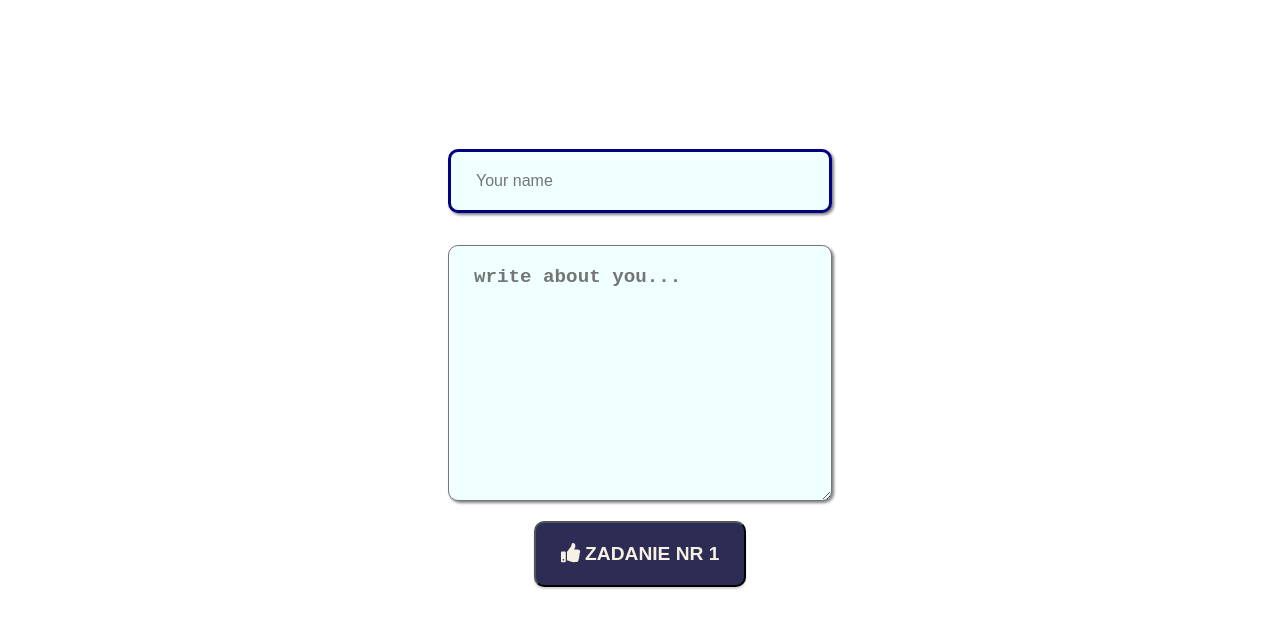
Repository: KrzysKolo/sr_tydzien3_zad_1_2_3
Page: /
These files come from the project's save history. The page is drawn as it stood at one moment and after the next save; the edit follows.
The browser window is 1280 px wide. The pictures show the whole page.
The project was rebuilt for these pictures with package versions that can differ from the ones it lists, and the page was loaded fresh each time.

Above is the page before, as saved 2020-11-02 17:56:33.

### src/App.js
import React,  { Component } from 'react';
import { Button, Input, Textarea } from './components/Form'
import { faThumbsUp } from "@fortawesome/free-solid-svg-icons";
import './App.css';

class App extends Component {
  state = {  }

  render() {

    return (
      <div className="app">
        <Input bgColor="azure" color="navy" borderSize="3px" borderRadius="10px" borderColor="navy" placeholder="Your name" />
        <Textarea bgColor="azure" color="grey porcelain" borderSize="3px" borderRadius="10px" borderColor="grey porcelain" placeholder="write about you..." />
        <Button  bgColor="lucky point" color="swan white" label="Zadanie nr 1" icon={faThumbsUp}/>
      </div>
     );
  }
}

export default App;

### src/components/Form/index.js
export { default as Button} from "./Button";
export { default as Input} from "./Input";
export { default as Textarea} from "./Textarea";

### src/App.css
* {
  padding: 0;
  margin: 0;
  box-sizing: border-box;
}
.app {
  display: flex;
  flex-direction: column;
  justify-content: center;
  align-items: center;
  height: 100vh;
}

### src/components/Form/Button.js
import React from 'react';
import styled from 'styled-components';
import ColorPalet from './../Colors/ColorPalet'
import { FontAwesomeIcon } from '@fortawesome/react-fontawesome';
import { faAngellist } from '@fortawesome/free-brands-svg-icons';

const Button = ({label, color, bgColor, icon}) => {
    const Button = styled.button`
    background-color: ${ColorPalet[bgColor.toLowerCase()]};
    border-radius: 10px;
    box-shadow: 0px 2px 2px lightgray;
    color: ${ColorPalet[color.toLowerCase()]};
    cursor: pointer;
    font-weight: bold;
    font-size: 1.2rem;
    outline: 0;
    padding: 20px 25px;
    text-transform: uppercase;
    transition: ease background-color, color 0.6s;
    &:hover {
        background-color: ${ColorPalet[color.toLowerCase()]};
        color: ${ColorPalet[bgColor.toLowerCase()]};
    }
    `;
    return (

        <div>
            <Button >
                <FontAwesomeIcon icon={icon} /> {label}
            </Button>
        </div>
     );
}
Button.defaultProps = {
    bgColor: ColorPalet["grey porcelain"],
    color: ColorPalet["crocodile tooth"],
    label: "Click me",
    icon: faAngellist,
}

export default Button;

### src/components/Form/Input.js
import React from 'react';
import styled from 'styled-components';


const Input = ({placeholder, color, bgColor, borderSize, borderRadius, borderColor}) => {
    const Input = styled.input`
    background-color: ${bgColor};
    border-radius: ${borderRadius};
    border: ${borderSize} solid ${borderColor};;
    box-shadow: 2px 2px 3px grey;
    color: ${color};
    font-size: 1rem;
    height: 5vw;
    margin: 1rem auto;
    outline: 0;
    padding: 20px 25px;
    width: 30vw;
    `;
    return (

        <div>
            <Input placeholder={ placeholder }/>
        </div>
     );
}
Input.defaultProps = {
    bgColor: "beige",
    border: "3px solid olive",
    borderRadius: "15px",
    color: "midnightblue",
    placeholder: "write...",
    }

export default Input;

### src/components/Form/Textarea.js
import React from 'react';
import styled from 'styled-components';
import ColorPalet from './../Colors/ColorPalet';


const Textarea = ({placeholder, color, bgColor, borderSize, borderRadius, borderColor}) => {
    const Textarea = styled.textarea`
    background-color: ${bgColor};
    border-radius: ${borderRadius};
    border: ${borderSize} solid ${borderColor};;
    box-shadow: 2px 2px 3px grey;
    color: ${color};
    font-weight: bold;
    font-size: 1.2rem;
    height: 20vw;
    margin: 1rem auto;
    outline: 0;
    padding: 20px 25px;
    width: 30vw;
    `;
    return (

        <div>
            <Textarea placeholder={ placeholder }/>
        </div>
     );
}
Textarea.defaultProps = {
    bgColor: "beige",
    border: "3px solid olive",
    borderRadius: "15px",
    color: "midnightblue",
    placeholder: "write...",
    }

export default Textarea;

### src/components/Colors/ColorPalet.js

const ColorPalet = {
    "jackson purple": "#40407a",
    "lucky point": "#2c2c54",
    "fluorescent red": "#ff5252",
    "eye of newt": "#b33939",
    "c64 purple": "#706fd3",
    liberty: "#474787",
    "synthetic pumpkin": "#ff793f",
    "chilean fire": "#cd6133",
    "swan white": "#f7f1e3",
    "hot stone": "#aaa69d",
    "crocodile tooth": "#d1ccc0",
    "grey porcelain": "#84817a",
    "summer sky": "#34ace0",
    "devil blue": "#227093",
    "mandarin sorbet": "#ffb142",
    "alamedia ochre": "#cc8e35",
    "celestial green": "#33d9b2",
    "palm springs aplash": "#218c74",
    "spiced butternut": "#218c74",
    desert: "#ccae62",

  };

  export default ColorPalet;

Loaded but not shown: public/index.html (common file); src/index.js (common file); src/index.css (common file)

After the next save:
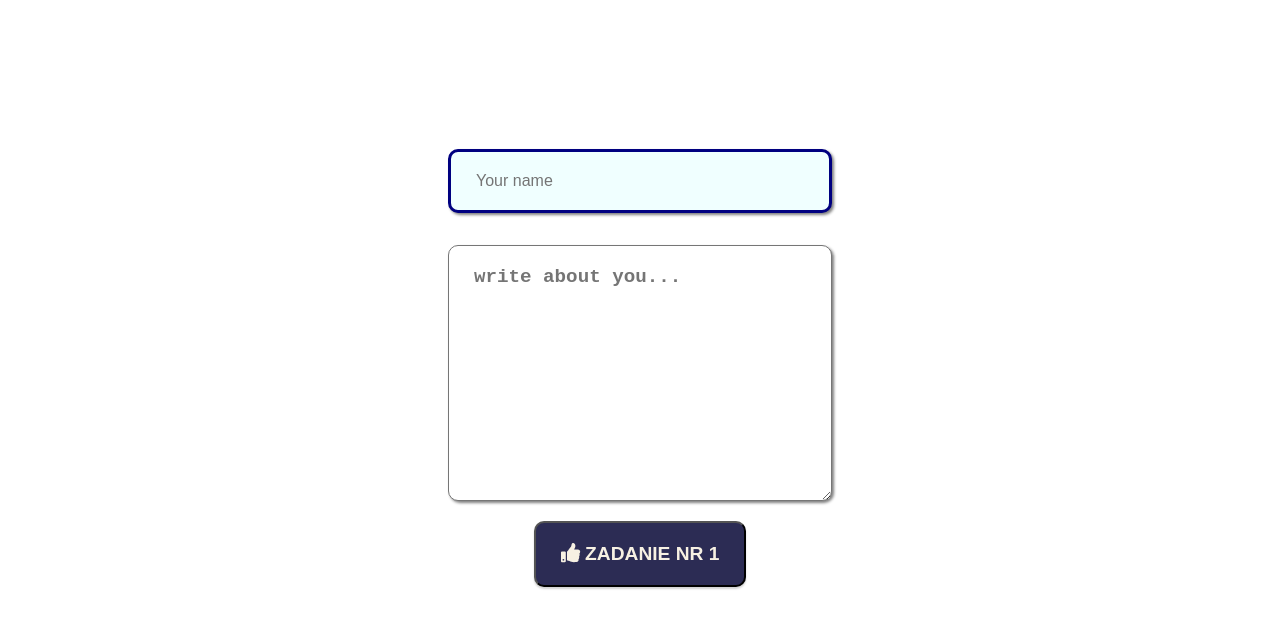
Saved 37 s later.
--- a/src/App.js
+++ b/src/App.js
@@ -11,7 +11,7 @@ class App extends Component {
     return (
       <div className="app">
         <Input bgColor="azure" color="navy" borderSize="3px" borderRadius="10px" borderColor="navy" placeholder="Your name" />
-        <Textarea bgColor="azure" color="grey porcelain" borderSize="3px" borderRadius="10px" borderColor="grey porcelain" placeholder="write about you..." />
+        <Textarea bgColor="swan white" color="grey porcelain" borderSize="3px" borderRadius="10px" borderColor="grey porcelain" placeholder="write about you..." />
         <Button  bgColor="lucky point" color="swan white" label="Zadanie nr 1" icon={faThumbsUp}/>
       </div>
      );
